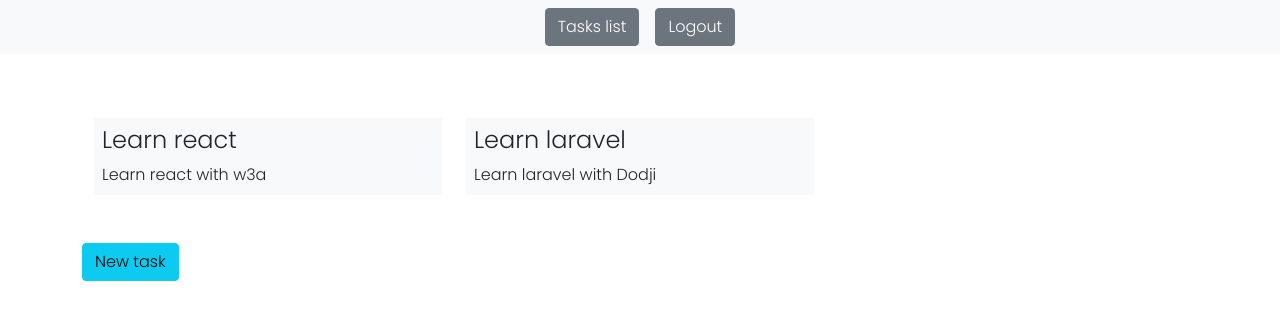
Repository: FS-23/react-task-manager
Page: /tasks/list
An editor plug-in stored every save of this project. The page is shown before and after the next save, followed by the edit.
The browser window is 1280 px wide. The pictures show the whole page.
The page's requests for data from a server got no answer. The project was rebuilt for these pictures with package versions that can differ from the ones it lists, and the page was loaded fresh each time. No one was signed in, and anything a server would have sent is missing. Also part of the build but not shown: src/components/Login.js, src/components/AddTask.js, src/components/TaskDetail.js.

Above is the page before, as saved 2022-05-13 15:11:13.

### public/index.html
<!DOCTYPE html>
<html lang="en">
  <head>
    <meta charset="utf-8" />
    <link rel="icon" href="%PUBLIC_URL%/favicon.ico" />
    <meta name="viewport" content="width=device-width, initial-scale=1" />
    <meta name="theme-color" content="#000000" />
    <meta  name="description" content="Web site created using create-react-app"/>
    <link rel="apple-touch-icon" href="%PUBLIC_URL%/logo192.png" />

    <link rel="manifest" href="%PUBLIC_URL%/manifest.json" />

    <title>React App</title>

    <!-- CSS only -->
   <link href="https://cdn.jsdelivr.net/npm/bootstrap@5.1.3/dist/css/bootstrap.min.css" rel="stylesheet" >
  </head>
  <body>
    <noscript>You need to enable JavaScript to run this app.</noscript>
    <div id="root"></div>


    <!-- JavaScript Bundle with Popper -->
    <script src="https://cdn.jsdelivr.net/npm/bootstrap@5.1.3/dist/js/bootstrap.bundle.min.js"></script>
  </body>
</html>

### src/index.js
import React from 'react';
import ReactDOM from 'react-dom/client';
import './index.css';
import App from './App';
//import 'https://cdn.jsdelivr.net/npm/bootstrap@5.1.3/dist/css/bootstrap.min.css'

const root = ReactDOM.createRoot(document.getElementById('root'));
root.render(
  <React.StrictMode>
    <App />
  </React.StrictMode>
);

// If you want to start measuring performance in your app, pass a function
// to log results (for example: reportWebVitals(console.log))
// or send to an analytics endpoint. Learn more: https://bit.ly/CRA-vitals

### src/index.css

.login-bg {
     background-image: linear-gradient(160deg , red , blue);
}

@font-face {
  font-family: "Poppins";
  src: url(./font/Poppins-Light.ttf);
}

*{
   font-family:  "Poppins" , sans-serif;
}

### src/App.js

import Login from "./components/Login";
import TaskList from "./components/TaskList";
import AddTask from './components/AddTask'
import TaskDetail from "./components/TaskDetail";
import Layout from "./components/Layout";
import TaskLayout from "./components/TaskLayout";

import { BrowserRouter , Routes , Route, Link } from 'react-router-dom'


function App() {
  return (

    <BrowserRouter>
         <Routes>
              <Route path="/login" element={<Login />}></Route>
              <Route path="/" element={<Layout />}>
                  <Route  index element={<TaskLayout/>}></Route>
                   <Route  path="tasks" element={<TaskLayout/>}>
                      <Route index element = {<TaskList/>}></Route>
                      <Route path="list" element = {<TaskList/>}></Route>
                      <Route path=":id" element = {<TaskDetail/>}></Route>
                      <Route path="edit/:id" element = {<AddTask/>}></Route>
                   </Route>
              </Route>
              <Route path="*" element={
                (<div className="text-secondary text-center display-6 mt-3">
                  Ouuups ressource not found !!!!

                  <Link to="/" className="btn btn-primary ms-2"> Home </Link>
                </div>)
              }></Route>
         </Routes>

    </BrowserRouter>

  );
}




export default App;

### src/components/TaskList.js
import { db } from '../firebase-config'
import { collection , getDocs } from 'firebase/firestore'
import { useState , useEffect} from 'react'
import { Link } from 'react-router-dom'
function TaskList(){

    let tasksRef = collection(db , 'tasks')
    let [inputs , setInputs] = useState({})
    let tasks = [
         {id: 1 , title: "Learn react" , description: "Learn react with w3a"} ,
         {id: 2 , title: 'Learn laravel' , description: "Learn laravel with Dodji" }
    ]

    function handleOnChange(event){
        let name = event.target.name
        let value = event.target.value

        setInputs(inputs => ({...inputs , [name]: value}))
    }

    function handleOnSubmit(event){
        event.preventDefault();
        console.log('inputs:', inputs)
    }

    function getTasks(){
        getDocs(tasksRef)
         .then(res => {
             let list = res.docs.map( item => ({...item.data() , id: item.id}))
             console.log('list:', list)
         })
         .catch(err => console.log('error:', err))
    }

    useEffect(()=>{
        getTasks()
    })
    return (
        <div>
            <div className='row m-0'>
                    {
                        tasks.map( (task , index) => (
                            <div key={index} className="mt-3 col-12 col-sm-6 col-lg-3 col-xl-4">
                                <div className='bg-light p-2'>
                                    <h4>{task.title}</h4>
                                    <div>{task.description}</div>
                                </div>
                            </div>
                        ))
                    }
            </div>



            <div className='mt-5 pl-2'>
               <Link to="/tasks/edit/0"  className='btn btn-info'>New task</Link>
            </div>


        </div>
    )
}

export default TaskList

### src/components/Layout.js
import { Link, Outlet } from "react-router-dom";

function Layout(){
    return (
        <div>
            <div className="text-center bg-light p-2">
                <Link className="btn btn-secondary" to="/tasks/list">Tasks list</Link>
                <Link className="btn btn-secondary ms-3" to="/login">Logout</Link>
            </div>
            <div className="container mt-5">
               <Outlet />
            </div>
        </div>

    )
}

export default Layout

### src/components/TaskLayout.js
import { Outlet } from "react-router-dom";

function TaskLayout(){
    return (
        <div>
            <Outlet />
        </div>
    )
}

export default TaskLayout

### src/firebase-config.js
import { initializeApp } from "firebase/app";
import { getFirestore } from '@firebase/firestore'

const firebaseConfig = {
  apiKey: "AIzaSyD5rTrE9gHlZjhMAg4WTwj3vbyKvT4yrpo",
  authDomain: "fs-23-taskmanager.firebaseapp.com",
  projectId: "fs-23-taskmanager",
  storageBucket: "fs-23-taskmanager.appspot.com",
  messagingSenderId: "409848607226",
  appId: "1:409848607226:web:1000e7ce8565398a1c7443",
  measurementId: "G-2303C3SQ8G"
};

// Initialize Firebase
const app = initializeApp(firebaseConfig);

export const db = getFirestore(app)

After the next save:
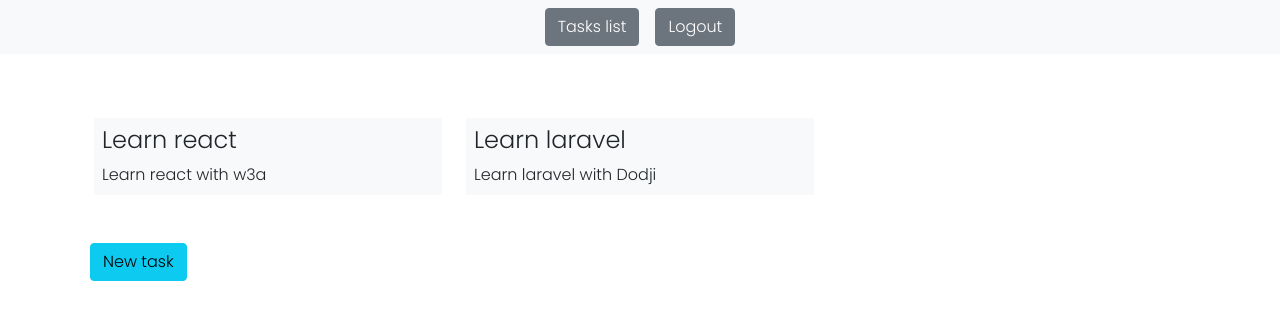
Saved 7 s later.
--- a/src/components/TaskList.js
+++ b/src/components/TaskList.js
@@ -52,7 +52,7 @@ function TaskList(){
 
 
 
-            <div className='mt-5 pl-2'>
+            <div className='mt-5 ps-2'>
                <Link to="/tasks/edit/0"  className='btn btn-info'>New task</Link>
             </div>
 
